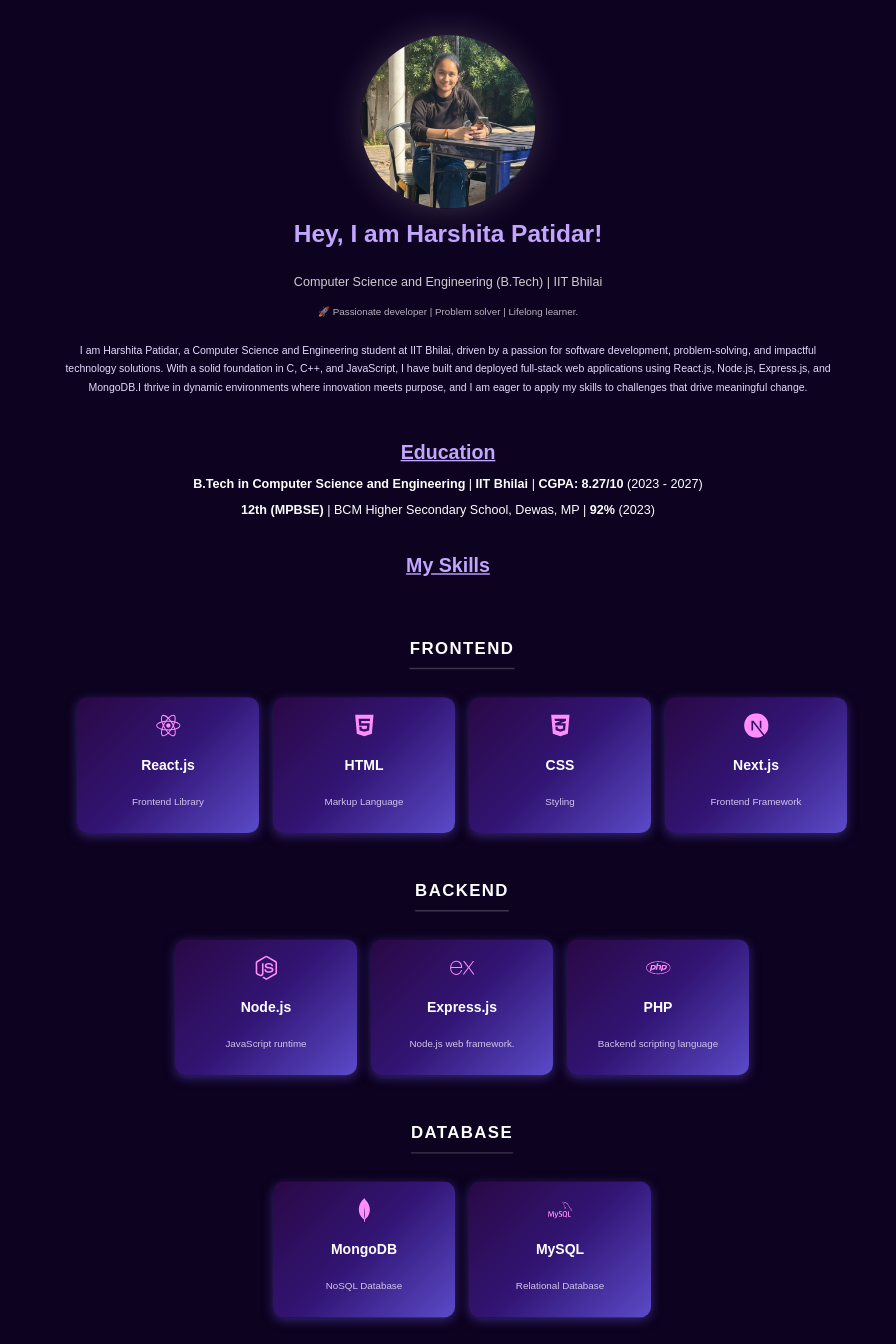
Repository: harshitap1305/Portfolio
Page: /
The author's editor kept a copy of each file at every save. The page is drawn from the files as they stood at one save, then again after a run of saves.
The browser window is 1280 px wide. The pictures show the part of the page from y = 0 to 1920 px (the page is 2766 px tall before and 720 px after), at 70% of full size.
The project was rebuilt for these pictures with package versions that can differ from the ones it lists, and the page was loaded fresh each time. Also part of the build but not shown: vite.config.js.

Above is the page before, as saved 2025-03-27 19:55:48.

After the next 2 saves:
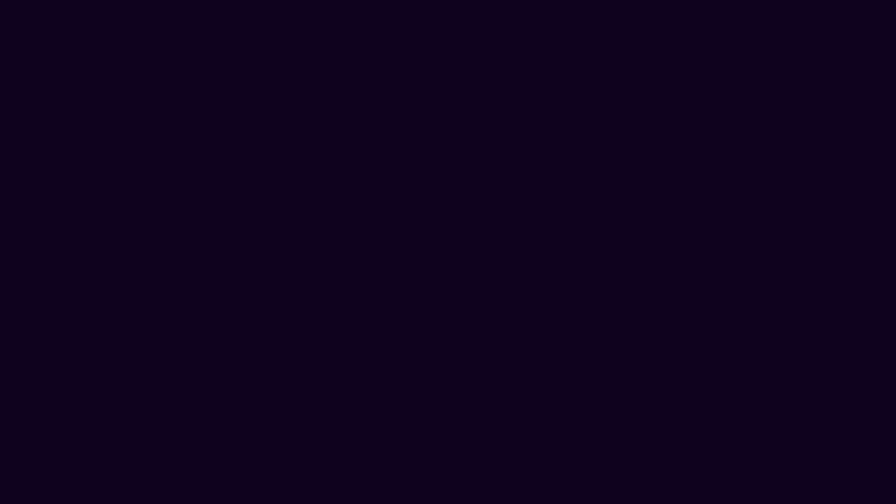
Console error: ReferenceError: descr is not defined
The 2 saves are shown as one change because they came seconds apart.
The last was saved 10 s later.
--- a/src/Home.jsx
+++ b/src/Home.jsx
@@ -48,7 +48,7 @@
         { name: "Data Structures and Algorithms", description: "Problem-solving", icon: <FaCode/> },
         {name:"API Integration",description:"Integrating APIs in web applications",icon:<FaCode/>},
         {
-            name:"Website Deployment"
+            name:"Website Deployment",descr
         }
       ]
       }

After the save that followed:
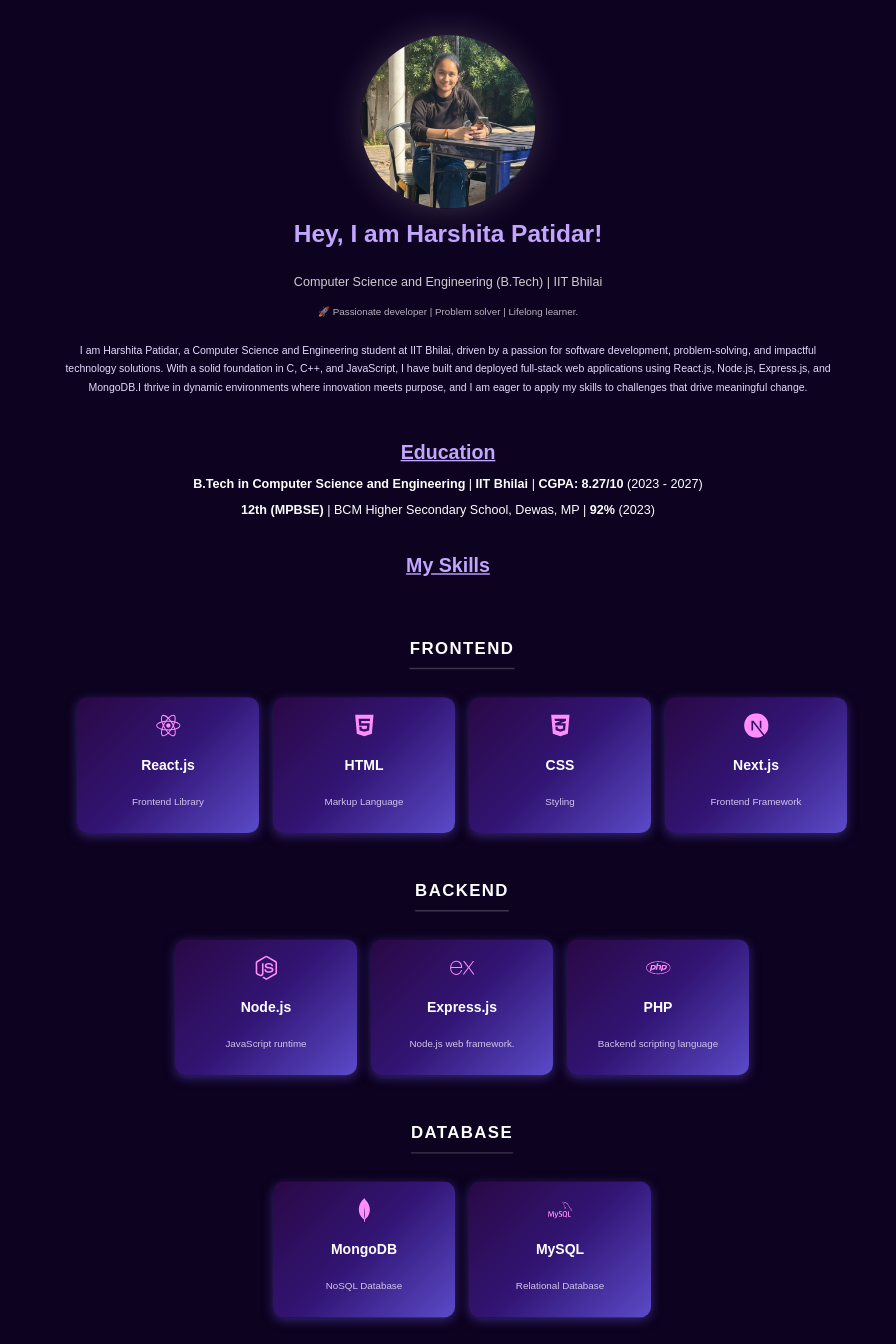
The error is gone.
Saved 4 s later.
--- a/src/Home.jsx
+++ b/src/Home.jsx
@@ -48,7 +48,7 @@
         { name: "Data Structures and Algorithms", description: "Problem-solving", icon: <FaCode/> },
         {name:"API Integration",description:"Integrating APIs in web applications",icon:<FaCode/>},
         {
-            name:"Website Deployment",descr
+            name:"Website Deployment",description:"Deploying websites on hosting platforms",icon:<FaCode/>
         }
       ]
       }
